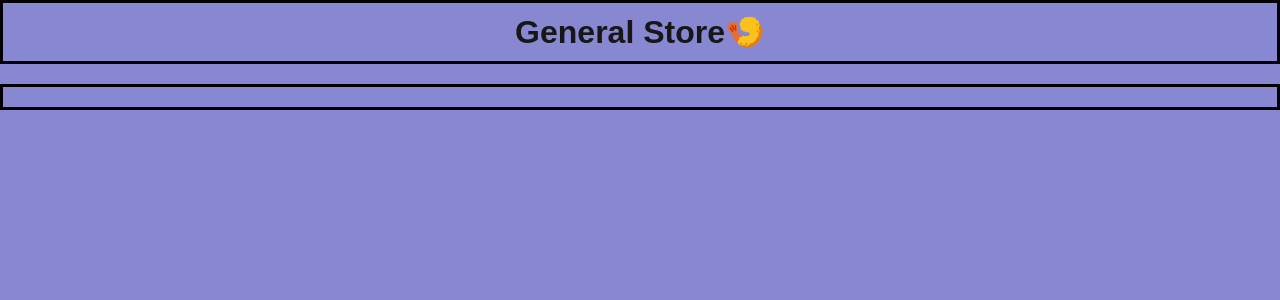
Repository: MaiCrespo/rat-ass
Page: / (app in rat-ass/)
An editor plug-in stored every save of this project. The page is shown before and after the next save, followed by the edit.
The browser window is 1280 px wide. The pictures show the whole page.
The project was rebuilt for these pictures with package versions that can differ from the ones it lists, and the page was loaded fresh each time. The framework's server and built-in components were replaced by stand-ins that run in the browser. Also part of the build but not shown: rat-ass/next.config.mjs.

Above is the page before, as saved 2025-04-03 15:28:36.

After the next save:
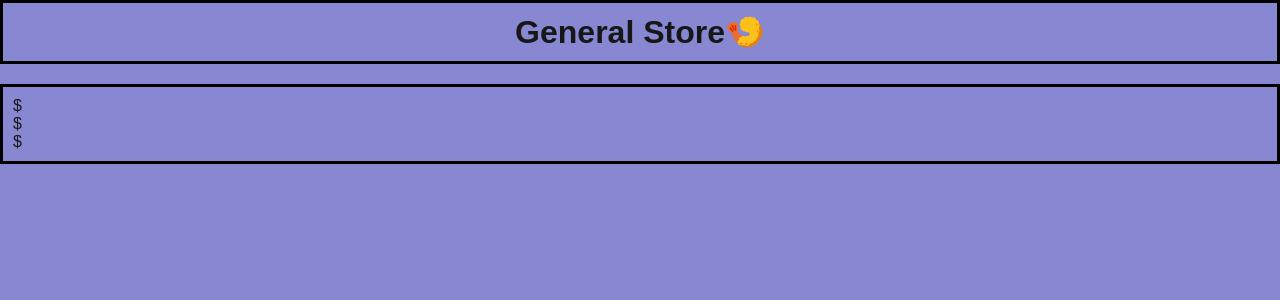
Saved 3 min 0 s later.
--- a/rat-ass/app/page.js
+++ b/rat-ass/app/page.js
@@ -5,8 +5,8 @@ function Product({ name, price, image, hasSale}) {
   return (
     <article>
       <div>
-        <p>Product Name</p>
-        <p>$3.99</p>
+        <p>{name}</p>
+        <p>${price}</p>
       </div>
     </article>
   );
@@ -18,7 +18,11 @@ export default function Home() {
   <h1>General Store🍤</h1>
 </header>
 <main className={styles.main}>
-  <section></section>
+  <section>
+    <Product />
+    <Product />
+    <Product />
+  </section>
 </main>
 
   </div>
